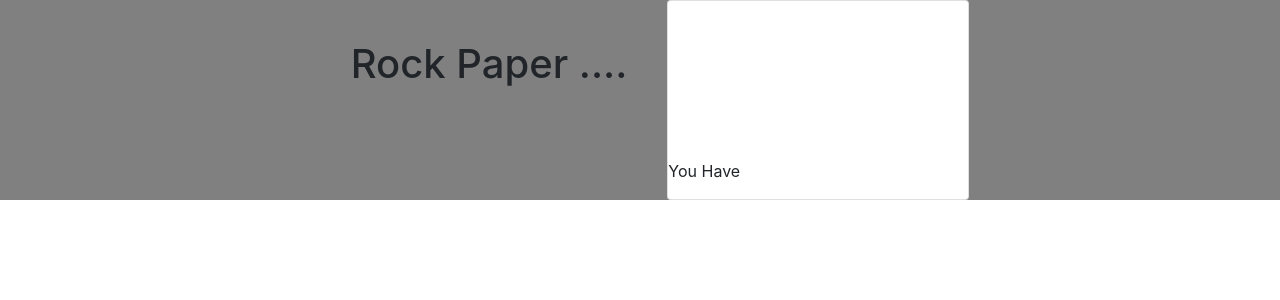
Repository: hossamsulleman1/Colllege-rock-paper-game
Page: outcome.html
The author's editor kept a copy of each file at every save. The page is drawn from the files as they stood at one save, then again after a run of saves.
The browser window is 1280 px wide. The pictures show the whole page.

Above is the page before, as saved 2020-09-17 00:48:25.

After the next 2 saves:
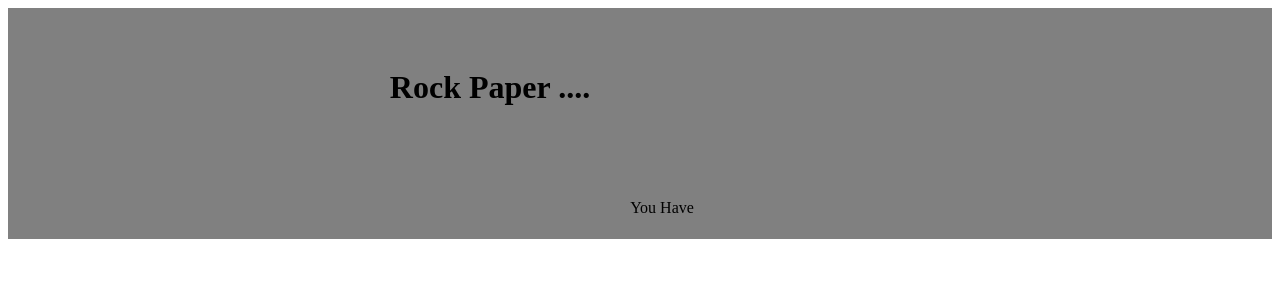
The 2 saves are shown as one change because they came seconds apart.
The last was saved 12 s later.
--- a/outcome.html
+++ b/outcome.html
@@ -27,7 +27,7 @@
     <!-- Win Loss -->
 </h1>
 
-<h2>
+<h2 id="Score S>
     <!-- socre is -->
 </h2>
 

After the 2 saves that followed:
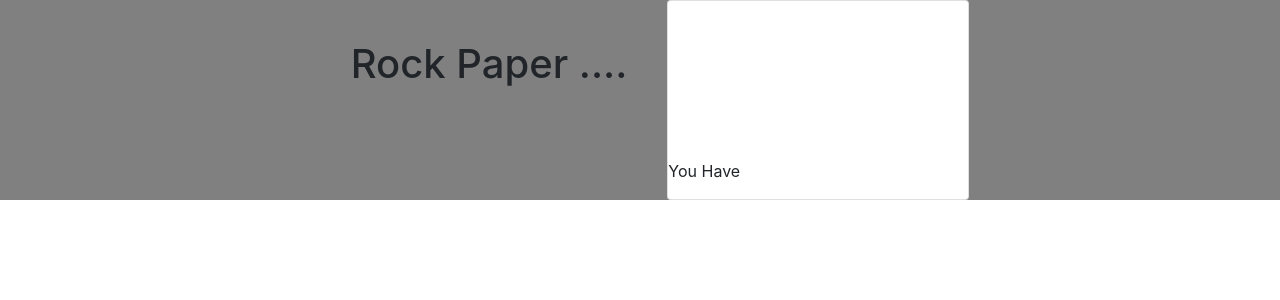
The 2 saves are shown as one change because 1 left the picture as it was.
The last was saved 12 s later.
--- a/outcome.html
+++ b/outcome.html
@@ -27,7 +27,7 @@
     <!-- Win Loss -->
 </h1>
 
-<h2 id="Score S>
+<h2 id="Score">
     <!-- socre is -->
 </h2>
 
